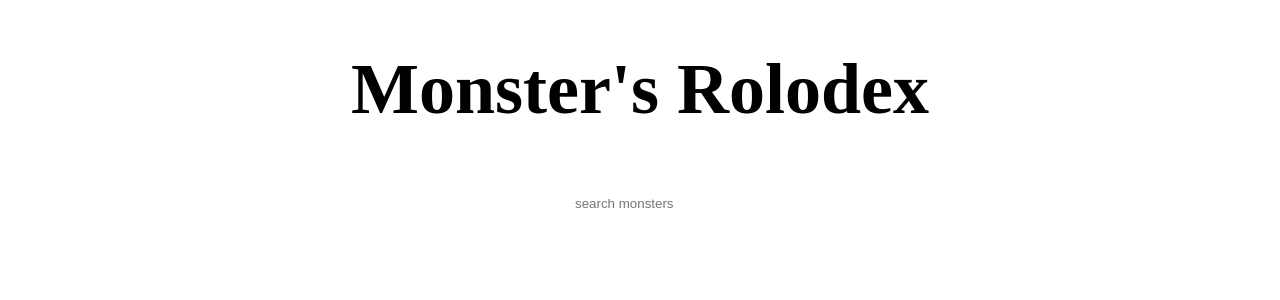
Repository: floatingman/monstersrolodex
Page: /
The author's editor kept a copy of each file at every save. The page is drawn from the files as they stood at one save, then again after the next save.
The browser window is 1280 px wide. The pictures show the whole page.
The page's requests for data from a server got no answer. Some web fonts or font styles are not loaded; a fallback is used. The project was rebuilt for these pictures with package versions that can differ from the ones it lists, and the page was loaded fresh each time. No one was signed in, and anything a server would have sent is missing. Also part of the build but not shown: src/components/card/card.styles.css, src/components/card/card.component.jsx.

Above is the page before, as saved 2019-12-11 21:52:25.

After the next save:
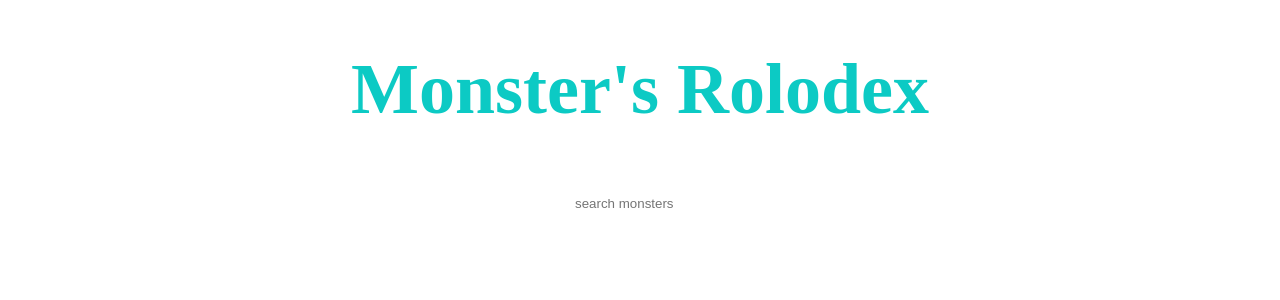
Saved 12 s later.
--- a/src/App.css
+++ b/src/App.css
@@ -5,5 +5,5 @@
 h1 {
   font-family: 'Bigelo Rules';
   font-size: 72px;
-  color: ;
+  color: #0ccac4;
 }
